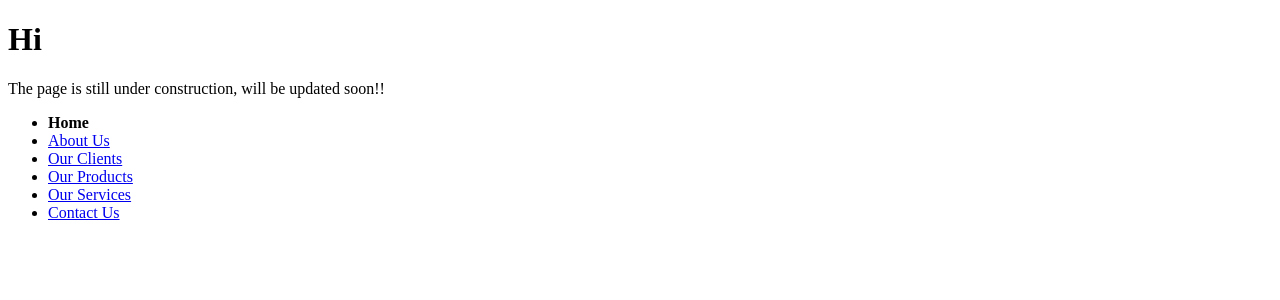
Repository: eazzzon/eazzzon.github.io
Page: index.html
These files come from the project's save history. The page is drawn as it stood at one moment and after the next save; the edit follows.
The browser window is 1280 px wide. The pictures show the whole page.

Above is the page before, as saved 2021-05-29 23:09:35.

After the next save:
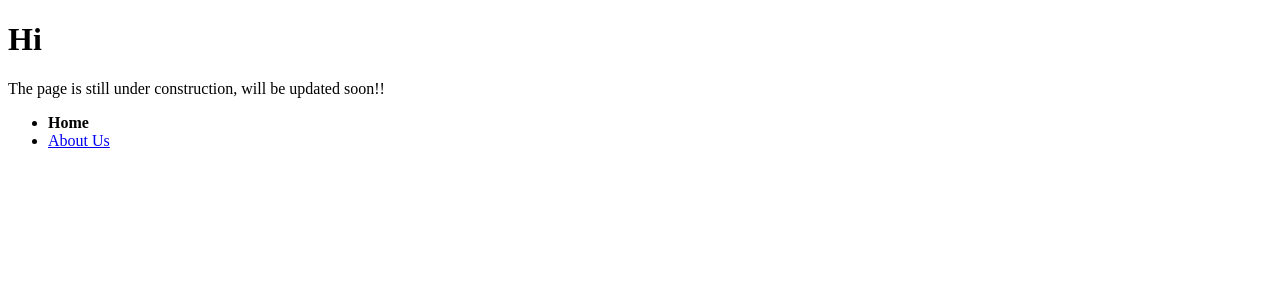
Saved 9 s later.
--- a/index.html
+++ b/index.html
@@ -7,10 +7,6 @@
     <ul>
       <li><strong>Home</strong></li>
       <li><a href="about.html">About Us</a></li>
-      <li><a href="clients.html">Our Clients</a></li>
-      <li><a href="products.html">Our Products</a></li>
-      <li><a href="services.html">Our Services</a></li>
-      <li><a href="contact.html">Contact Us</a></li>
     </ul>
   </nav>
 </body>
